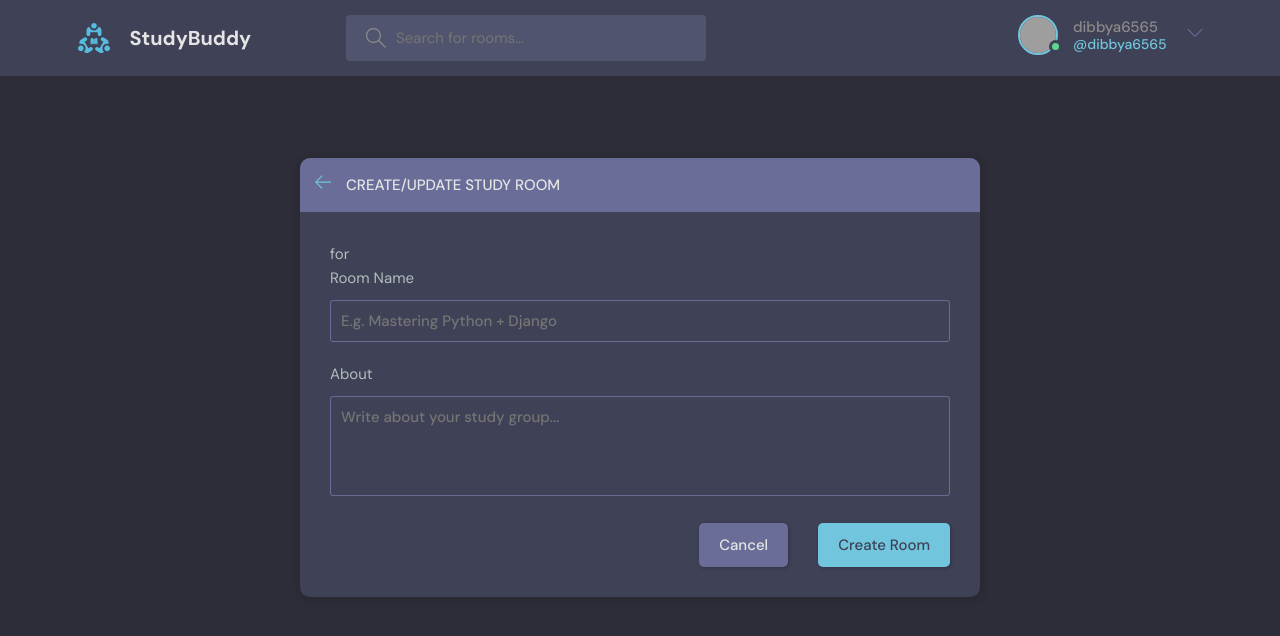
Repository: Dibbya65/Django-Basic
Page: http://localhost/create/room/
These files come from the project's save history. The page is drawn as it stood at one moment and after the next save; the edit follows.
The browser window is 1280 px wide. The pictures show the whole page.
Pictures or frames that could not be fetched are drawn as grey boxes. The page is served by the project's application, run on Django 3.2 (manage.py). The first stored user is signed in. Other server files are loaded and not shown. The page reads the database file committed with the project.

Above is the page before, as saved 2021-11-19 23:45:06.

### base/templates/base/room_form.html
{% extends 'layouts/master.html' %}
{% block title %}Room Form{% endblock title %}
{% block content %}
<!-- <div>

    <form method="POST" action="{% url 'create-room' %}">
        {% csrf_token %}
        {{form.as_p}}
        <input type="submit" value="Submit" />
    </form>
</div> -->
<main class="create-room layout">
    <div class="container">
        <div class="layout__box">
            <div class="layout__boxHeader">
                <div class="layout__boxTitle">
                    <a href="{% url 'home' %}">
                        <svg version="1.1" xmlns="http://www.w3.org/2000/svg" width="32" height="32"
                            viewBox="0 0 32 32">
                            <title>arrow-left</title>
                            <path
                                d="M13.723 2.286l-13.723 13.714 13.719 13.714 1.616-1.611-10.96-10.96h27.625v-2.286h-27.625l10.965-10.965-1.616-1.607z">
                            </path>
                        </svg>
                    </a>
                    <h3>Create/Update Study Room</h3>
                </div>
            </div>
            <div class="layout__body">
                <form class="form" action="" method="POST">
                    {% csrf_token %}

                    for

                    <div class="form__group">
                        <label for="room_name">Room Name</label>
                        <input id="room_name" name="room_name" type="text"
                            placeholder="E.g. Mastering Python + Django" />
                    </div>

                    <!-- <div class="form__group">
                        <label for="room_topic">Topic</label>
                        <input required type="text" name="topic" id="room_topic" list="topic-list" />
                        <datalist id="topic-list">
                            <select id="room_topic">
                                <option value="">Select your topic</option>
                                <option value="Python">Python</option>
                                <option value="Django">Django</option>
                            </select>
                        </datalist>

                    </div> -->


                    <div class="form__group">
                        <label for="room_about">About</label>
                        <textarea name="room_about" id="room_about"
                            placeholder="Write about your study group..."></textarea>
                    </div>
                    <div class="form__action">
                        <a class="btn btn--dark" href="index.html">Cancel</a>
                        <button class="btn btn--main" type="submit">Create Room</button>
                    </div>
                </form>
            </div>
        </div>
    </div>
</main>
{% endblock content %}

### templates/layouts/master.html
<!DOCTYPE html>
{% load static %}
<html lang="en">

  <head>
    <meta charset="UTF-8" />
    <meta http-equiv="X-UA-Compatible" content="IE=edge" />
    <meta name="viewport" content="width=device-width, initial-scale=1.0" />
    <link rel="shortcut icon" href="assets/favicon.ico" type="image/x-icon" />
    <link rel="stylesheet" href="style.css" />

    <title>StudyBuddy | {% block title %} {% endblock %}</title>
    <link rel="stylesheet" type="text/css" href="{% static 'styles/style.css' %}">
  </head>

  <body>
   {% include 'base/navbar.html' %}

    {% if messages %}
    <ul class="messages">
      {% for message in messages %}
      <li>{{ message }}</li>
      {% endfor %}
    </ul>
    {% endif %}
    {% block content %}{% endblock %}

    <script src="{% static 'js/script.js' %}"></script>
  </body>

</html>

### base/templates/base/navbar.html
{% load static %}
<header class="header header--loggedIn">
  <div class="container">
    <a href="/" class="header__logo">
      <img src="{% static 'assets/logo.svg' %}" />
      <h1>StudyBuddy</h1>
    </a>
    <form class="header__search" action="{% url 'home' %}" method="GET">
      <label>
        <svg
          version="1.1"
          xmlns="http://www.w3.org/2000/svg"
          width="32"
          height="32"
          viewBox="0 0 32 32"
        >
          <title>search</title>
          <path
            d="M32 30.586l-10.845-10.845c1.771-2.092 2.845-4.791 2.845-7.741 0-6.617-5.383-12-12-12s-12 5.383-12 12c0 6.617 5.383 12 12 12 2.949 0 5.649-1.074 7.741-2.845l10.845 10.845 1.414-1.414zM12 22c-5.514 0-10-4.486-10-10s4.486-10 10-10c5.514 0 10 4.486 10 10s-4.486 10-10 10z"
          ></path>
        </svg>
        <input type="text" placeholder="Search for rooms..." name="q" />
      </label>
    </form>
    <nav class="header__menu">
      <!-- Not Logged In -->
      {% if not request.user.is_authenticated %}
       <a href="{% url 'login' %}">
           <img src="{% static 'assets/avatar.svg' %}" />
           <p>Login</p>
       </a>
      {%else%}
     <div class="header__user">
         <a href="{%  url 'user-profile' request.user.id %}">
             <div class="avatar avatar--medium active">
                 <img src="https://randomuser.me/api/portraits/men/37.jpg" />
             </div>
             <p>{{request.user.username}} <span>@{{request.user.username}}</span></p>
         </a>
         <button class="dropdown-button">
             <svg version="1.1" xmlns="http://www.w3.org/2000/svg" width="32" height="32" viewBox="0 0 32 32">
                 <title>chevron-down</title>
                 <path d="M16 21l-13-13h-3l16 16 16-16h-3l-13 13z"></path>
             </svg>
         </button>
     </div>

     <div class="dropdown-menu">
         <a href="settings.html" class="dropdown-link"><svg version="1.1" xmlns="http://www.w3.org/2000/svg" width="32"
                 height="32" viewBox="0 0 32 32">
                 <title>tools</title>
                 <path
                     d="M27.465 32c-1.211 0-2.35-0.471-3.207-1.328l-9.392-9.391c-2.369 0.898-4.898 0.951-7.355 0.15-3.274-1.074-5.869-3.67-6.943-6.942-0.879-2.682-0.734-5.45 0.419-8.004 0.135-0.299 0.408-0.512 0.731-0.572 0.32-0.051 0.654 0.045 0.887 0.277l5.394 5.395 3.586-3.586-5.394-5.395c-0.232-0.232-0.336-0.564-0.276-0.887s0.272-0.596 0.572-0.732c2.552-1.152 5.318-1.295 8.001-0.418 3.274 1.074 5.869 3.67 6.943 6.942 0.806 2.457 0.752 4.987-0.15 7.358l9.392 9.391c0.844 0.842 1.328 2.012 1.328 3.207-0 2.5-2.034 4.535-4.535 4.535zM15.101 19.102c0.26 0 0.516 0.102 0.707 0.293l9.864 9.863c0.479 0.479 1.116 0.742 1.793 0.742 1.398 0 2.535-1.137 2.535-2.535 0-0.668-0.27-1.322-0.742-1.793l-9.864-9.863c-0.294-0.295-0.376-0.74-0.204-1.119 0.943-2.090 1.061-4.357 0.341-6.555-0.863-2.631-3.034-4.801-5.665-5.666-1.713-0.561-3.468-0.609-5.145-0.164l4.986 4.988c0.391 0.391 0.391 1.023 0 1.414l-5 5c-0.188 0.188-0.441 0.293-0.707 0.293s-0.52-0.105-0.707-0.293l-4.987-4.988c-0.45 1.682-0.397 3.436 0.164 5.146 0.863 2.631 3.034 4.801 5.665 5.666 2.2 0.721 4.466 0.604 6.555-0.342 0.132-0.059 0.271-0.088 0.411-0.088z">
                 </path>
             </svg>
             Settings</a>
         <a href="{% url 'logout' %}" class="dropdown-link"><svg version="1.1" xmlns="http://www.w3.org/2000/svg"
                 width="32" height="32" viewBox="0 0 32 32">
                 <title>sign-out</title>
                 <path
                     d="M3 0h22c0.553 0 1 0 1 0.553l-0 3.447h-2v-2h-20v28h20v-2h2l0 3.447c0 0.553-0.447 0.553-1 0.553h-22c-0.553 0-1-0.447-1-1v-30c0-0.553 0.447-1 1-1z">
                 </path>
                 <path
                     d="M21.879 21.293l1.414 1.414 6.707-6.707-6.707-6.707-1.414 1.414 4.293 4.293h-14.172v2h14.172l-4.293 4.293z">
                 </path>
             </svg>
             Logout</a>
     </div>
      {% endif %}


    </nav>
  </div>
</header>

### base/forms.py
from django.forms import ModelForm
from .models import Room


class RoomForm(ModelForm):
    class Meta:
        model = Room
        fields = "__all__"
        exclude = {"host", "participants"}

### base/models.py
from django.db import models
from django.contrib.auth.models import User

# Create your models here.


# topic model
class Topic(models.Model):
    name = models.CharField(max_length=200)

    def __str__(self):
        return self.name


# room model


class Room(models.Model):
    host = models.ForeignKey(User, on_delete=models.SET_NULL, null=True)
    topic = models.ForeignKey(Topic, on_delete=models.SET_NULL, null=True)
    name = models.CharField(max_length=200)
    description = models.TextField(null=True, blank=True)
    participants = models.ManyToManyField(User, related_name="participants", blank=True)
    Active = "Active"
    Deactive = "Deactive"
    STATUS_CHOICE = ((Active, Active), (Deactive, Deactive))
    status = models.CharField(max_length=50, choices=STATUS_CHOICE, default=Deactive)
    created_at = models.DateTimeField(auto_now_add=True)
    updated_at = models.DateTimeField(auto_now=True)

    class Meta:
        ordering = ["-updated_at", "-created_at"]

    # string representation
    def __str__(self):
        return self.name


# message model


class Message(models.Model):
    user = models.ForeignKey(User, on_delete=models.CASCADE)
    room = models.ForeignKey(Room, on_delete=models.CASCADE)
    body = models.TextField()
    created_at = models.DateTimeField(auto_now_add=True)
    updated_at = models.DateTimeField(auto_now=True)

    class Meta:
        ordering = ["-updated_at", "-created_at"]

    def __str__(self):
        return self.body[0:50]

### base/views.py
from django.shortcuts import render, redirect
from django.http import HttpResponse
from django.db.models import Q
from django.contrib.auth.models import User
from django.contrib.auth import authenticate, login, logout
from django.contrib.auth.forms import UserCreationForm
from django.contrib import messages
from django.contrib.auth.decorators import login_required
from .models import Room, Topic, Message
from .forms import RoomForm

# Create your views here.


def login_page(request):
    page = "login"

    if request.user.is_authenticated:
        return redirect("home")

    if request.method == "POST":
        username = request.POST.get("username").lower()
        password = request.POST.get("password")

        try:
            user = User.objects.get(username=username)
        except:
            messages.error(request, "User does not exist")

        user = authenticate(request, username=username, password=password)

        if user is not None:
            login(request, user)
            return redirect("home")
        else:
            messages.error(request, "Invalid credentials")

    context = {"page": page}
    return render(request, "base/login.html", context)


def logout_user(request):
    logout(request)
    return redirect("home")


def register_page(request):
    form = UserCreationForm()

    if request.method == "POST":
        form = UserCreationForm(request.POST)
        if form.is_valid():
            user = form.save(commit=False)
            user.username = user.username.lower()
            user.save()

            login(request, user)

            return redirect("home")
        else:
            messages.error(request, "User registration failed")

    context = {"form": form}

    return render(request, "base/login.html", context)


def home(request):
    q = request.GET.get("q") if request.GET.get("q") != None else ""
    rooms = Room.objects.filter(
        Q(topic__name__icontains=q) | Q(name__icontains=q) | Q(description__icontains=q)
    )
    topics = Topic.objects.all()
    room_count = rooms.count()
    room_messges = Message.objects.filter(Q(room__topic__name__icontains=q))

    context = {
        "rooms": rooms,
        "topics": topics,
        "room_count": room_count,
        "room_messages": room_messges,
    }
    return render(request, "base/home.html", context)


def room(request):
    rooms = Room.objects.all()
    context = {"rooms": rooms}
    return render(request, "base/room.html", context)


def roomdetail(request, pk):
    room = Room.objects.get(id=pk)
    room_messages = room.message_set.all()
    participants = room.participants.all()

    if request.method == "POST":
        message = Message.objects.create(
            user=request.user, room=room, body=request.POST.get("body")
        )
        room.participants.add(request.user)
        return redirect("room-detail", pk=room.id)

    context = {
        "room": room,
        "room_messages": room_messages,
        "participants": participants,
    }
    return render(request, "base/single-room.html", context)


@login_required(login_url="login")
def create_room(request):
    form = RoomForm()
    if request.method == "POST":
        form = RoomForm(request.POST)
        if form.is_valid():
            room = form.save(commit=False)
            room.host = request.user
            room.save()
            return redirect("home")

    context = {"form": form}
    return render(request, "base/room_form.html", context)


def user_profile(request, pk):
    user = User.objects.get(id=pk)
    rooms = user.room_set.all()
    room_messages = user.message_set.all()
    topics = Topic.objects.all()
    context = {
        "user": user,
        "rooms": rooms,
        "room_messages": room_messages,
        "topics": topics,
    }
    return render(request, "base/profile.html", context)


@login_required(login_url="login")
def update_room(request, pk):
    room = Room.objects.get(id=pk)
    form = RoomForm(instance=room)

    if request.user != room.host:
        return HttpResponse("Unauthenticated!")

    if request.method == "POST":
        form = RoomForm(request.POST, instance=room)
        if form.is_valid():
            form.save()
            return redirect("home")

    context = {"form": form}
    return render(request, "base/room_form.html", context)


@login_required(login_url="login")
def delete_room(request, pk):
    room = Room.objects.get(id=pk)
    if request.user != room.host:
        return HttpResponse("Unauthenticated!")

    if request.method == "POST":
        room.delete()
        return redirect("home")
    return render(request, "base/delete.html", {"obj": room})


@login_required(login_url="login")
def delete_message(request, pk):
    msg = Message.objects.get(id=pk)
    if request.user != msg.user:
        return HttpResponse("Unauthenticated!")

    if request.method == "POST":
        msg.delete()
        return redirect("home")
    return render(request, "base/delete.html", {"obj": msg})

### studybud/urls.py
"""studybud URL Configuration

The `urlpatterns` list routes URLs to views. For more information please see:
    https://docs.djangoproject.com/en/3.2/topics/http/urls/
Examples:
Function views
    1. Add an import:  from my_app import views
    2. Add a URL to urlpatterns:  path('', views.home, name='home')
Class-based views
    1. Add an import:  from other_app.views import Home
    2. Add a URL to urlpatterns:  path('', Home.as_view(), name='home')
Including another URLconf
    1. Import the include() function: from django.urls import include, path
    2. Add a URL to urlpatterns:  path('blog/', include('blog.urls'))
"""
from django.contrib import admin
from django.urls import path, include


urlpatterns = [
    path('admin/', admin.site.urls),
    path('', include('base.urls'))
]

### base/urls.py
from django.urls import path
from . import views

urlpatterns = [
    path("login/", views.login_page, name="login"),
    path("register/", views.register_page, name="register"),
    path("logout/", views.logout_user, name="logout"),
    path("", views.home, name="home"),
    path("room/", views.room, name="room"),
    path("profile/<str:pk>", views.user_profile, name="user-profile"),
    path("room/<str:pk>", views.roomdetail, name="room-detail"),
    path("create/room/", views.create_room, name="create-room"),
    path("update/room/<str:pk>/", views.update_room, name="update-room"),
    path("delete/room/<str:pk>/", views.delete_room, name="delete-room"),
    path("delete/message/<str:pk>/", views.delete_message, name="delete-message"),
]

### db.sqlite3 (the tables this page reads, as SQL)
CREATE TABLE "auth_user" ("id" integer NOT NULL PRIMARY KEY AUTOINCREMENT, "password" varchar(128) NOT NULL, "last_login" datetime NULL, "is_superuser" bool NOT NULL, "username" varchar(150) NOT NULL UNIQUE, "last_name" varchar(150) NOT NULL, "email" varchar(254) NOT NULL, "is_staff" bool NOT NULL, "is_active" bool NOT NULL, "date_joined" datetime NOT NULL, "first_name" varchar(150) NOT NULL);
INSERT INTO "auth_user" VALUES
(1, 'pbkdf2_sha256$260000$xQxpFxKQ9izBbopr3Dv7HS$ZdGFJYFjajdfBM/ZdnlG6gD0dgX/TKmGyoCCve4Q564=', '2021-11-20 11:25:23.454227', 1, 'dibbya6565', '', 'dibyakarki65@gmail.com', 1, 1, '2021-11-13 15:49:17.112151', ''),
(2, 'pbkdf2_sha256$260000$OcP3oMRwcVFmIc3QPSnltC$GpcmQjPkv0wxmOYWlv/oBQ69CVZRvql5qDH1FvXjTJM=', NULL, 0, 'prakashkarki6565', '', '', 0, 1, '2021-11-14 06:46:21.258105', ''),
(3, 'pbkdf2_sha256$260000$bYZBArIVxYmuNuu5Azzl9d$kAIAJAnHPVaaRNyIMyoHKCgxSXknbwf/ubpWAJYvAxQ=', '2021-11-15 11:51:20.490980', 0, 'prakashkarki6565@gmail.com', '', '', 0, 1, '2021-11-15 11:51:19.976423', ''),
(4, 'pbkdf2_sha256$260000$XQVrpvlajut1jjOP6a31hy$SR7rs3yBHY/pGjCoDxqTx/rkvUNTPMNaSyNaJWyzDpk=', '2021-11-20 08:32:44.875888', 0, 'praksh65', '', '', 0, 1, '2021-11-20 08:32:44.429889', '');

CREATE TABLE "base_topic" ("id" integer NOT NULL PRIMARY KEY AUTOINCREMENT, "name" varchar(200) NOT NULL);
INSERT INTO "base_topic" VALUES
(1, 'Python'),
(2, 'Web Development'),
(3, 'Javascript'),
(4, 'Django'),
(5, 'C++'),
(6, 'Vuejs ');

Loaded but not shown: static/assets/logo.svg (12 lines, source omitted); static/js/script.js (69 lines, source omitted); static/styles/style.css (1165 lines, source omitted)

After the next save:
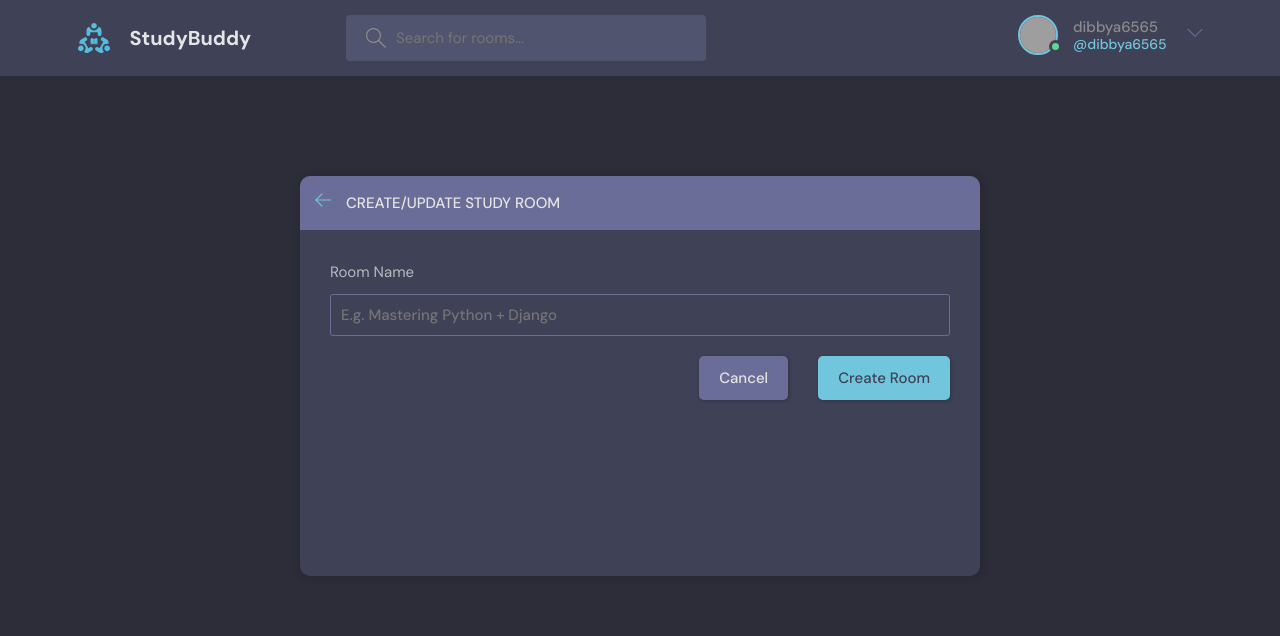
Saved 27 s later.
--- a/base/templates/base/room_form.html
+++ b/base/templates/base/room_form.html
@@ -30,7 +30,8 @@
                 <form class="form" action="" method="POST">
                     {% csrf_token %}
 
-                    for
+                    {% for field in form  %}
+                    {% endfor %}
 
                     <div class="form__group">
                         <label for="room_name">Room Name</label>
@@ -52,11 +53,7 @@
                     </div> -->
 
 
-                    <div class="form__group">
-                        <label for="room_about">About</label>
-                        <textarea name="room_about" id="room_about"
-                            placeholder="Write about your study group..."></textarea>
-                    </div>
+
                     <div class="form__action">
                         <a class="btn btn--dark" href="index.html">Cancel</a>
                         <button class="btn btn--main" type="submit">Create Room</button>
